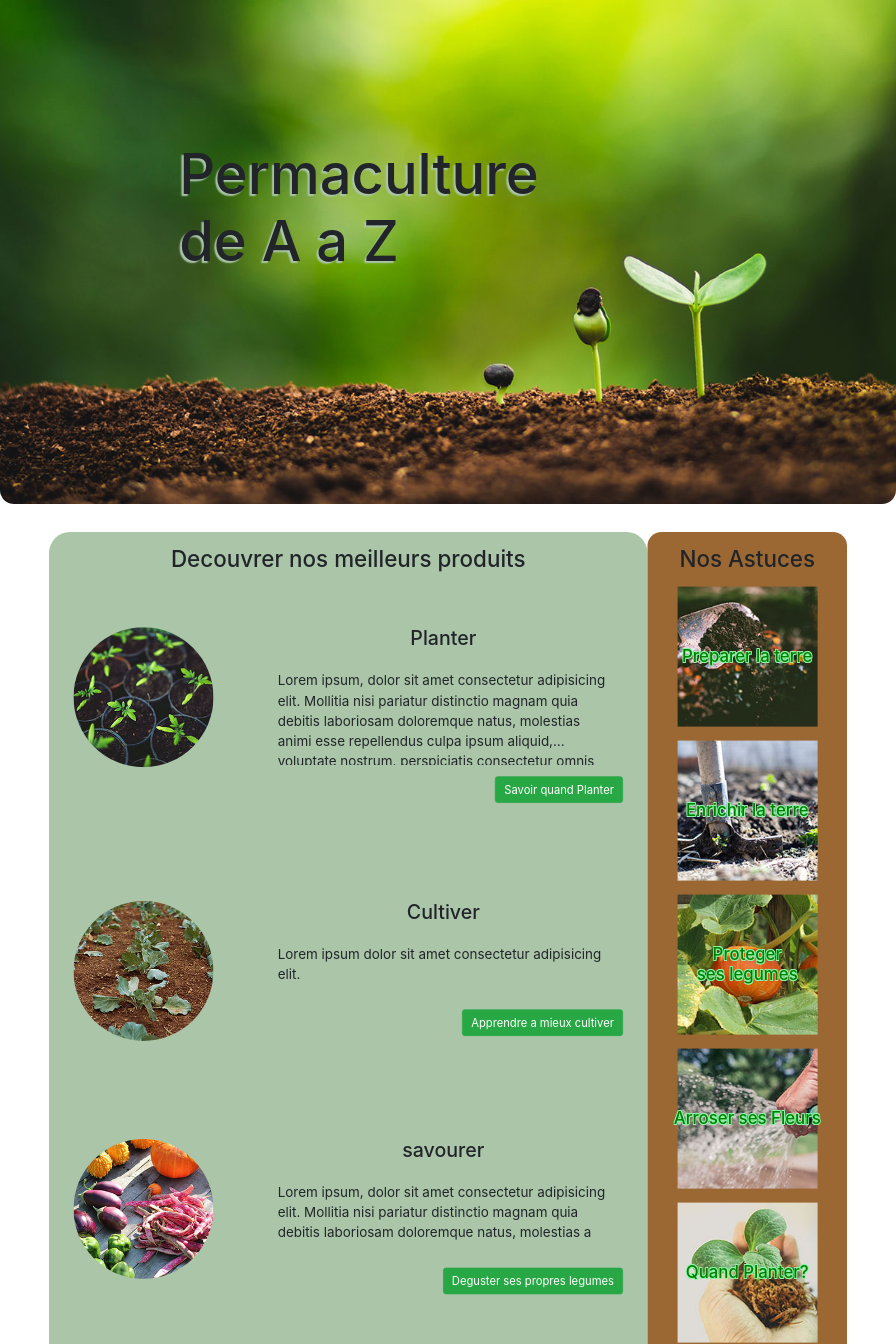
Repository: ahthionkevin/permaculture
Page: index.html
An editor plug-in stored every save of this project. The page is shown before and after the next save, followed by the edit.
The browser window is 1280 px wide. The pictures show the part of the page from y = 0 to 1920 px (the page is 2719 px tall), at 70% of full size.
Backgrounds fixed to the window are drawn as part of the page.

Above is the page before, as saved 2021-07-07 07:18:50.

After the next save:
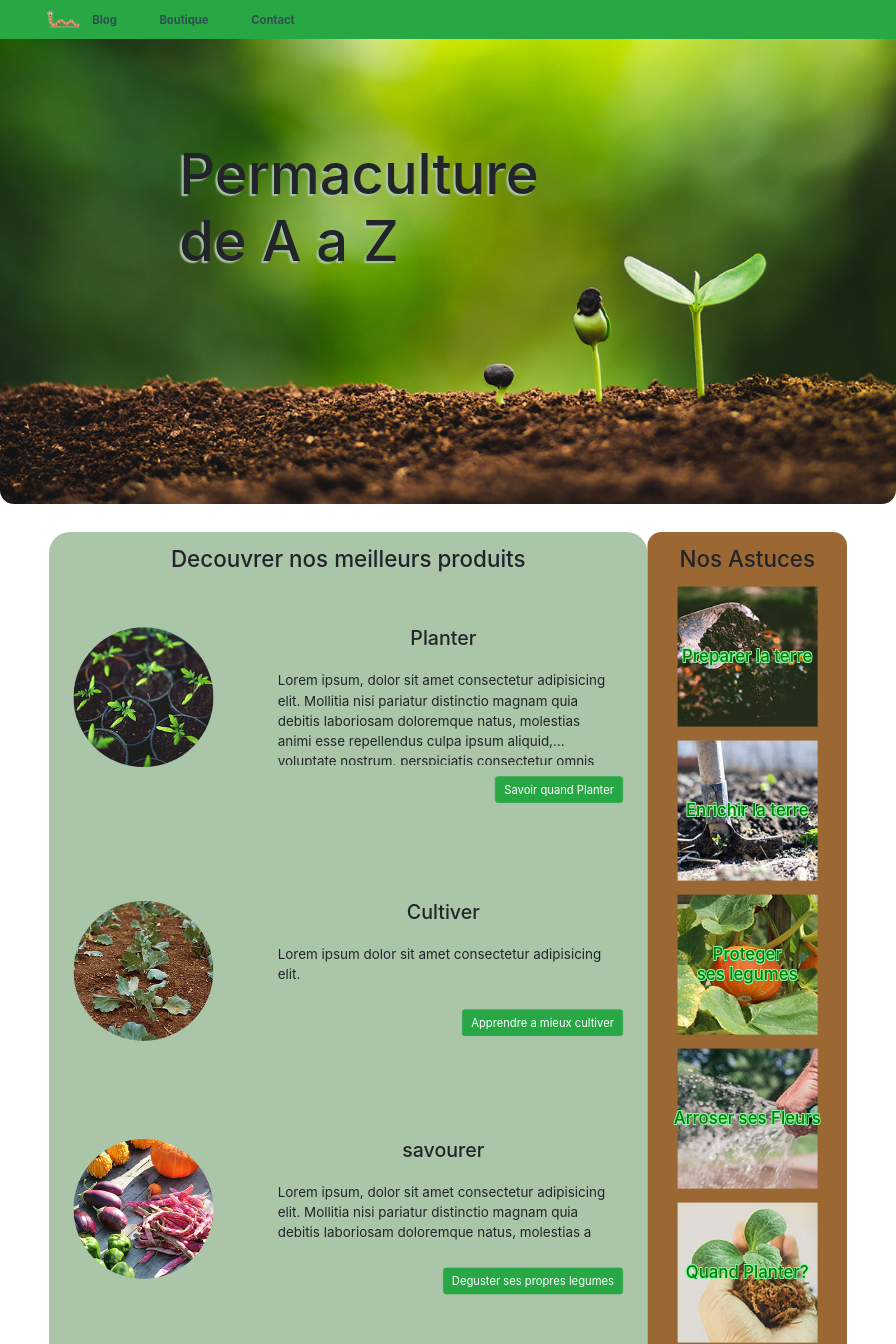
Saved 2 min 27 s later.
--- a/script.js
+++ b/script.js
@@ -1,4 +1,12 @@
 $(document).ready(function(){
 
     $(".navbar").hide();
+
+    $(function(){
+        $(window).scroll(function(){
+
+            if($(this).scrollTop()>140)
+                $('.navbar').fadeIn();
+        })
+    })
 })
